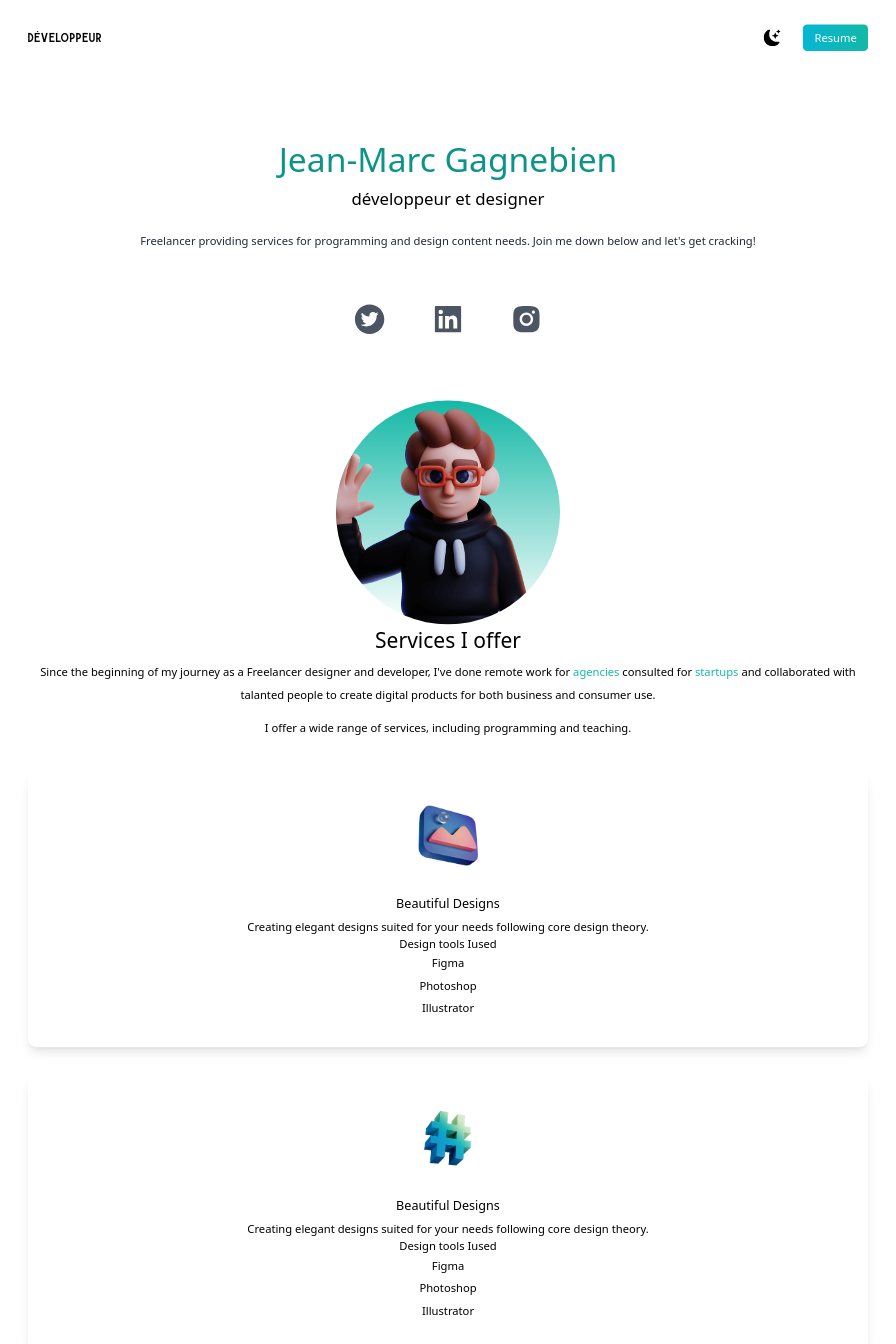
Repository: Jean-MarcG/portfoli_next
Page: /
These files come from the project's save history. The page is drawn as it stood at one moment and after the next save; the edit follows.
The browser window is 1280 px wide. The pictures show the part of the page from y = 0 to 1920 px (the page is 7797 px tall before and 7443 px after), at 70% of full size.
The project was rebuilt for these pictures with package versions that can differ from the ones it lists, and the page was loaded fresh each time. The framework's server and built-in components were replaced by stand-ins that run in the browser. Also part of the build but not shown: next.config.js.

Above is the page before, as saved 2023-04-03 11:23:10.

### pages/index.js
import Head from 'next/head';
import {BsFillMoonStarsFill} from 'react-icons/bs';
import {
  AiFillTwitterCircle,
  AiFillLinkedin,
  AiFillInstagram} from 'react-icons/ai'
import Image from 'next/image';
import deved from '../public/dev-ed-wave.png';
import design from '../public/design.png';
import code from '../public/code.png';
import consulting from '../public/consulting.png';
import web1 from '../public/web1.png'
import web2 from '../public/web2.png'
import web3 from '../public/web3.png'
import web4 from '../public/web4.png'
import web5 from '../public/web5.png'
import web6 from '../public/web6.png'

export default function Home() {
  return (
    <>
    <Head>
    <title>Jean-Marc Gagnebien Portfolio</title>
    <meta name="description" content="Generated by create next app" />
    <meta name="viewport" content="width=device-width, initial-scale=1" />
    <link rel="icon" href="/favicon.ico" />
    </Head>
      <main className='bg-white px-10 md:text-center'>
        <section className='min-h-screen'>
          <nav className='py-10 mb-12 flex justify-between'>
            <h1 className='text-xl font-burtons'>développeur</h1>
              <ul className='flex items-center'>
                <li>
                  <BsFillMoonStarsFill className='cursor-pointer text-2xl'/>
                </li>
                <li>
                  <a className='bg-gradient-to-r from-cyan-500 to-teal-500 text-white px-4 py-2 rounded-md ml-8' href='#'>Resume</a>
                </li>
              </ul>
          </nav>
          <div className='text-center p-10'>
            <h2 className='text-5xl py-2 text-teal-600 font-medium'>Jean-Marc Gagnebien</h2>
            <h3 className='text-2xl py-2'>développeur et designer</h3>
            <p className='text-md py-5 leading-8 text-gray-800'>Freelancer providing services for programming and design content needs. Join me down below and let's get cracking!</p>
          </div>
          <div className='text-5xl flex justify-center gap-16 py-3 text-gray-600'>
            <AiFillTwitterCircle />
            <AiFillLinkedin />
            <AiFillInstagram />
          </div>
          <div>
            <div className='relative mx-auto bg-gradient-to-b from-teal-500 rounded-full w-80 h-80 mt-20 overflow-hidden'>
              <Image src={deved} alt='photo développeur' fill style={{objectFit:'cover'}}/>
            </div>
          </div>
        </section>

        <section>
          <div>
            <h3 className='text-3xl py-1'>Services I offer</h3>
            <p className='text-md py-2 leading-8 text-gray-80'>
              Since the beginning of my journey as a Freelancer designer and developer, I've done remote work for
              <span className='text-teal-500'> agencies </span>consulted for <span className='text-teal-500'> startups </span>and collaborated with talanted people to create digital products for both business and consumer use.
            </p>
            <p className='text-md py-2 leading-8 text-gray-80'>
              I offer a wide range of services, including programming and teaching.
            </p>
          </div>
          <div>
            <div className='text-center shadow-lg p-10 rounded-xl my-10'>
              <Image className='m-auto' src={design} alt='image design' width={100} height={100} />
              <h3 className='text-lg font-medium pt-8 pb-2'>Beautiful Designs</h3>
              <p>
                Creating elegant designs suited for your needs following core design theory.
              </p>
              <h4>Design tools Iused</h4>
              <p className='text-grey-800 py-1'>Figma</p>
              <p className='text-grey-800 py-1'>Photoshop</p>
              <p className='text-grey-800 py-1'>Illustrator</p>
            </div>
          </div>
            <div className='text-center shadow-lg p-10 rounded-xl my-10'>
              <Image className='m-auto' src={code} alt='image code' width={100} height={100} />
              <h3 className='text-lg font-medium pt-8 pb-2'>Beautiful Designs</h3>
              <p>
                Creating elegant designs suited for your needs following core design theory.
              </p>
              <h4>Design tools Iused</h4>
              <p className='text-grey-800 py-1'>Figma</p>
              <p className='text-grey-800 py-1'>Photoshop</p>
              <p className='text-grey-800 py-1'>Illustrator</p>
            </div>
            <div className='text-center shadow-lg p-10 rounded-xl my-10'>
              <Image className='m-auto' src={consulting} alt='image design' width={100} height={100} />
              <h3 className='text-lg font-medium pt-8 pb-2'>Beautiful Designs</h3>
                <p>
                  Creating elegant designs suited for your needs following core design theory.
                </p>
                <h4>Design tools Iused</h4>
                <p className='text-grey-800 py-1'>Figma</p>
                <p className='text-grey-800 py-1'>Photoshop</p>
                <p className='text-grey-800 py-1'>Illustrator</p>
            </div>
        </section>
        <section>
          <div>
            <h3 className='text-3xl py-1'>Portfolio</h3>
              <p className='text-md py-2 leading-8 text-gray-80'>
                I offer a wide range of services, including programming and teaching.
              </p>
          </div>
          <div>
            <Image src={web1} alt='' />
          </div>
          <div>
            <Image src={web2} alt='' />
          </div>
          <div>
            <Image src={web3} alt='' />
          </div>
          <div>
            <Image src={web4} alt='' />
          </div>
          <div>
            <Image src={web5} alt='' />
          </div>
          <div>
          <Image src={web6} alt='' />
          </div>
        </section>
      </main>
    </>
    )
  }

### styles/globals.css
@tailwind base;
@tailwind components;
@tailwind utilities;

* {
  box-sizing: border-box;
  padding: 0;
  margin: 0;
}

html,
body {
  max-width: 100vw;
  overflow-x: hidden;
}

body {
  color: rgb(var(--foreground-rgb));
  background: linear-gradient(
      to bottom,
      transparent,
      rgb(var(--background-end-rgb))
    )
    rgb(var(--background-start-rgb));
}

a {
  color: inherit;
  text-decoration: none;
}

@font-face {
  font-family: "burtons";
  src: url(../public/Burtons.otf);
}

### tailwind.config.js
/** @type {import('tailwindcss').Config} */
module.exports = {
  content: [
    "./app/**/*.{js,ts,jsx,tsx}",
    "./pages/**/*.{js,ts,jsx,tsx}",
    "./components/**/*.{js,ts,jsx,tsx}",

    // Or if using `src` directory:
    "./src/**/*.{js,ts,jsx,tsx}",
  ],
  theme: {
    extend: {
      fontFamily: {
        burtons: 'burtons',
      }
    },
  },
  plugins: [],
}

Loaded but not shown: pages/_app.js (common file); pages/_document.js (common file)

After the next save:
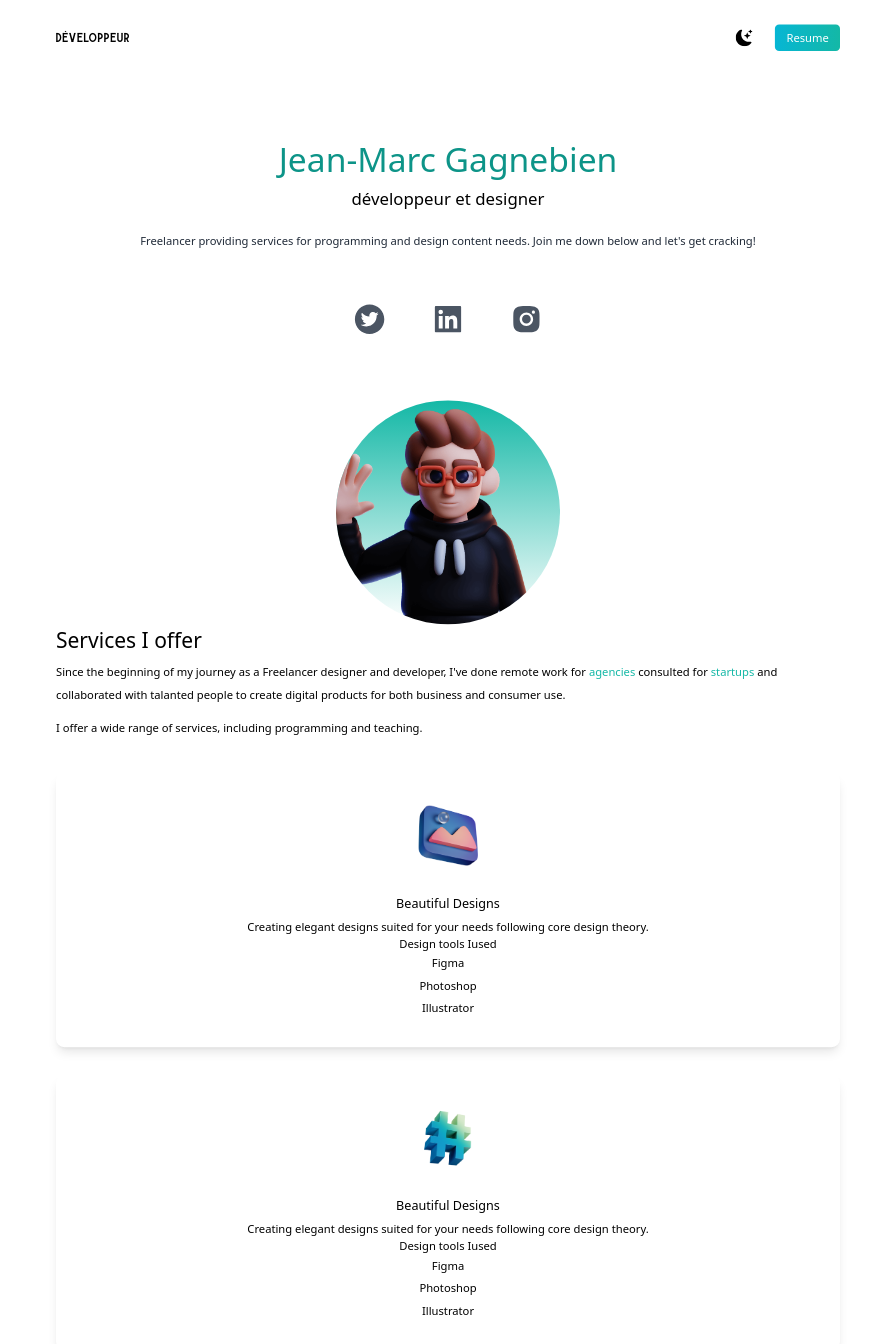
Saved 22 s later.
--- a/pages/index.js
+++ b/pages/index.js
@@ -25,7 +25,7 @@
     <meta name="viewport" content="width=device-width, initial-scale=1" />
     <link rel="icon" href="/favicon.ico" />
     </Head>
-      <main className='bg-white px-10 md:text-center'>
+      <main className='bg-white px-10 md:px-20'>
         <section className='min-h-screen'>
           <nav className='py-10 mb-12 flex justify-between'>
             <h1 className='text-xl font-burtons'>développeur</h1>
